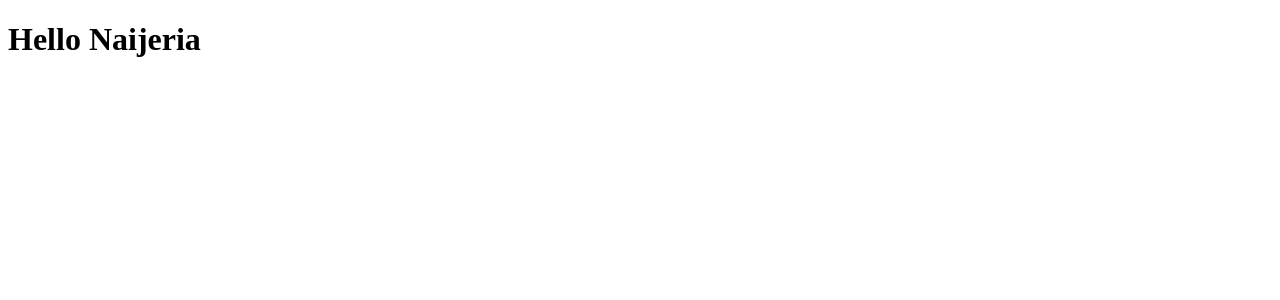
Repository: nashthecoder/vuebasics
Page: string-interpolation.html
These files come from the project's save history. The page is drawn as it stood at one moment and after the next save; the edit follows.
The browser window is 1280 px wide. The pictures show the whole page.

Above is the page before, as saved 2021-01-05 14:38:31.

### string-interpolation.html

<!DOCTYPE html>
<html lang="en">

<div id="app">


  <h1>{{ message }}</h1>

</div>

<script src="https://cdn.jsdelivr.net/npm/vue@2/dist/vue.js"></script>


<script>

  new Vue({

    el: '#app',
    data: {

      message: 'Hello Naijeria'
    }

  })

</script>

After the next save:
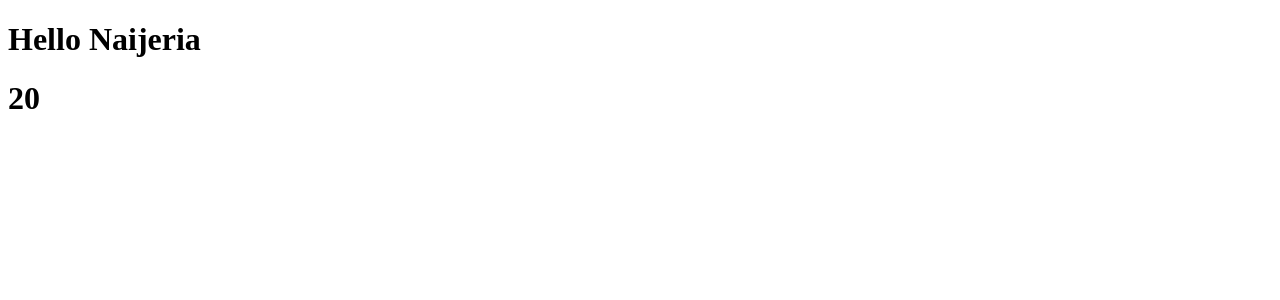
Saved 26 min 47 s later.
--- a/string-interpolation.html
+++ b/string-interpolation.html
@@ -6,6 +6,8 @@
 
 
   <h1>{{ message }}</h1>
+  <h1>{{ number + 10 }}</h1>
+
 
 </div>
 
@@ -19,7 +21,8 @@
     el: '#app',
     data: {
 
-      message: 'Hello Naijeria'
+      message: 'Hello Naijeria',
+      number: 10
     }
 
   })
